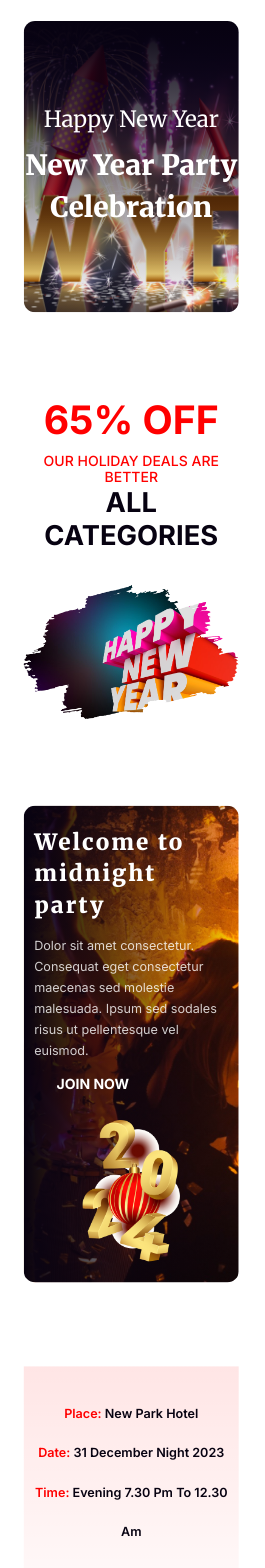
Repository: ShouravAhammed/simple-responsive-new-year
Page: index.html
The author's editor kept a copy of each file at every save. The page is drawn from the files as they stood at one save, then again after the next save.
The browser window is 375 px wide. The page is 378 px wide, so the pictures cover 378 px, including what lies to the right of the window. The pictures show the part of the page from y = 0 to 2240 px (the page is 9165 px tall), at 70% of full size.

Above is the page before, as saved 2024-01-11 17:13:28.

After the next save:
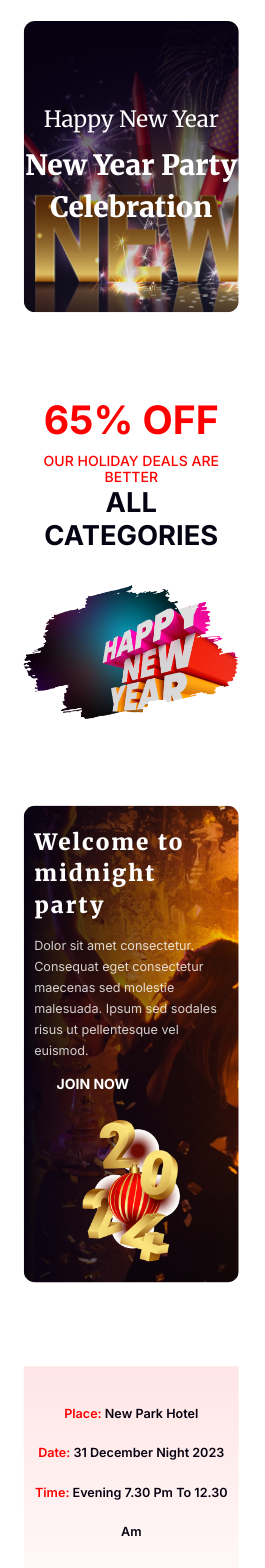
Saved 73 s later.
--- a/Style/style.css
+++ b/Style/style.css
@@ -540,7 +540,7 @@
         width: 100%;
     }
     .banner-container {
-        background-position: center;
+        background-position: 13%;
         border-radius: 16px;
         padding: 120px 0px;
     }
